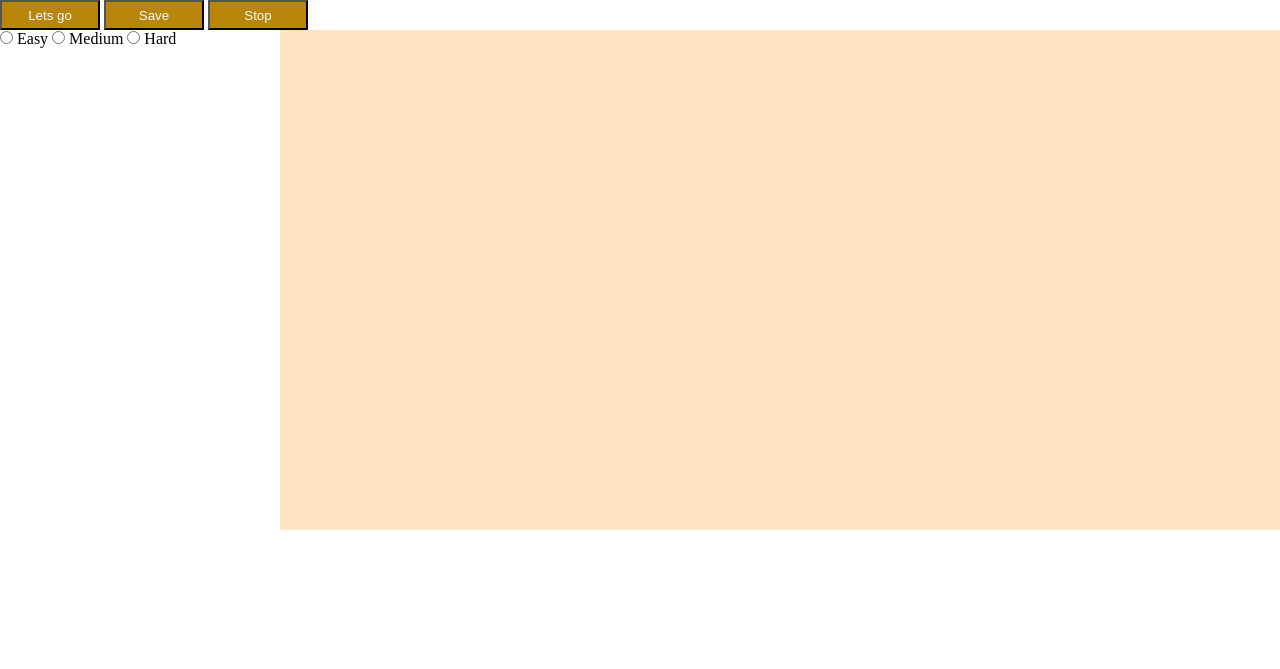
Repository: AytacSafarova/Bubble-game
Page: Bubble-game/index.html
An editor plug-in stored every save of this project. The page is shown before and after the next save, followed by the edit.
The browser window is 1280 px wide. The pictures show the whole page.

Above is the page before, as saved 2022-09-06 01:36:14.

After the next save:
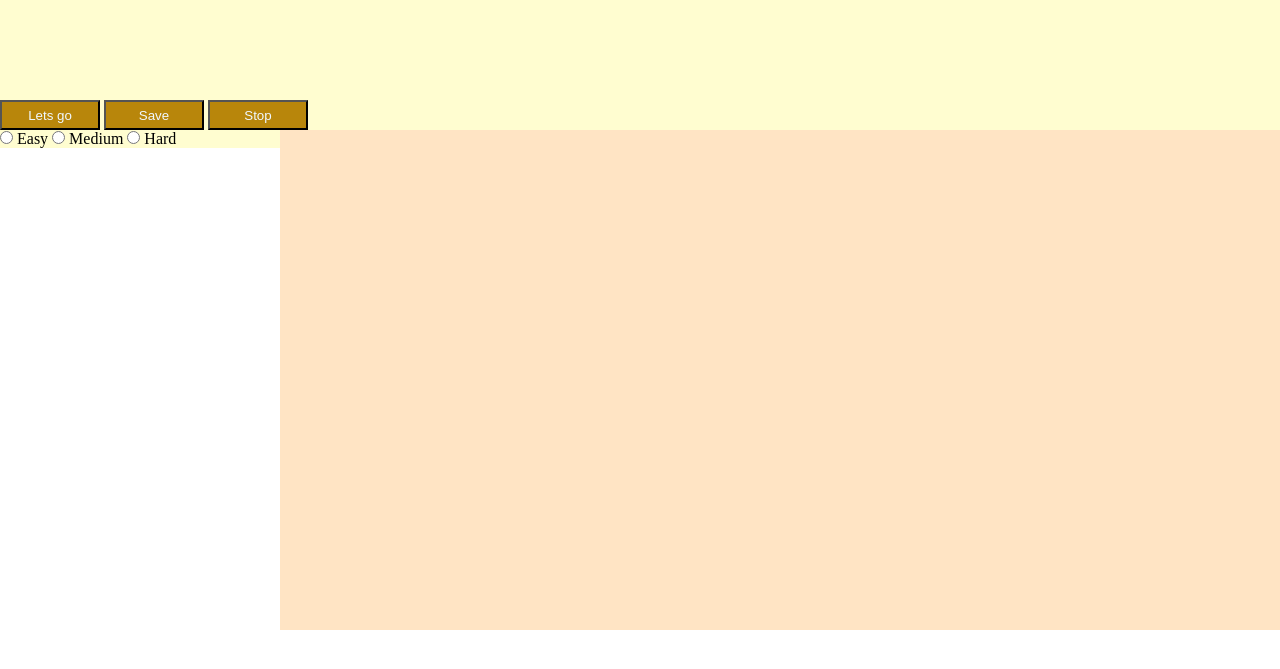
Saved 13 s later.
--- a/Bubble-game/index.html
+++ b/Bubble-game/index.html
@@ -8,6 +8,8 @@
     <title>Document</title>
 </head>
 <body>
+    <div class="container">
+<main></main>
     <button class="start">Lets go</button>
 
         <button class="save">Save</button>
